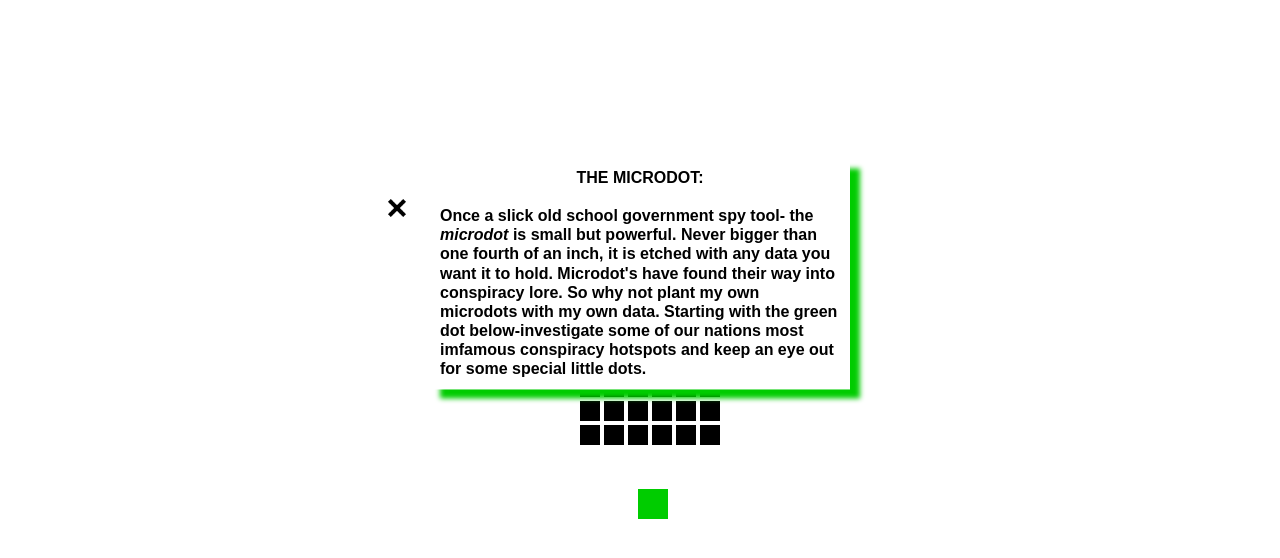
Repository: bradk647/bradk647.github.io
Page: TypeWeb/Home/typeface.html
The author's editor kept a record of every edit. The page is drawn from the files as they stood at one moment, then again after the next edit.
The browser window is 1280 px wide. The pictures show the whole page.
Some web fonts or font styles are not loaded; a fallback is used.

Above is the page before.

After the next edit:
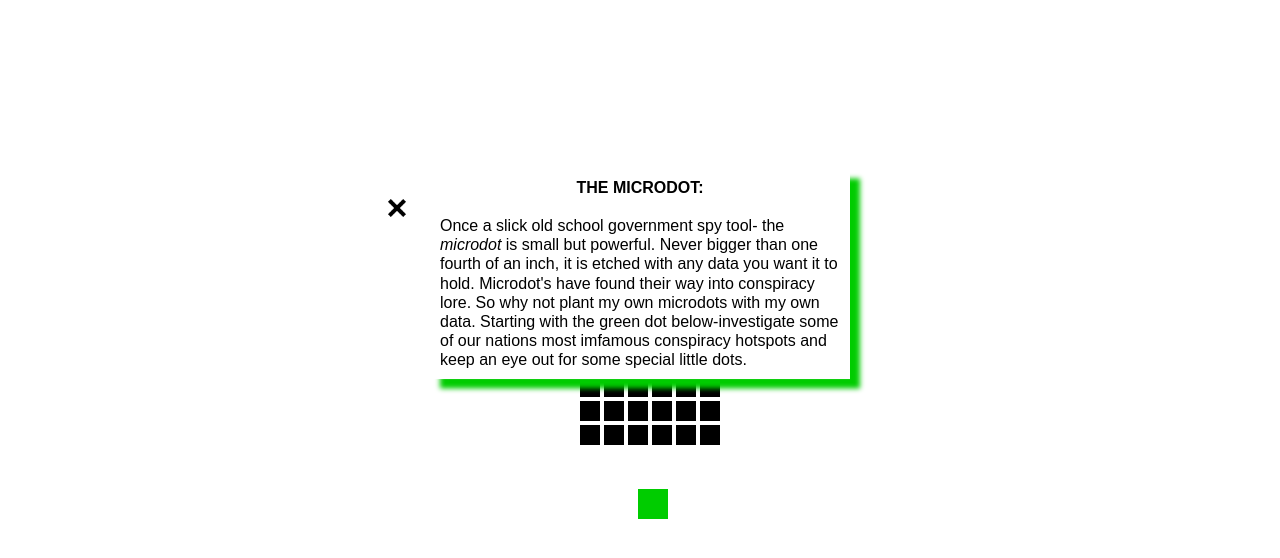
The edit:
--- a/TypeWeb/Home/typeface.html
+++ b/TypeWeb/Home/typeface.html
@@ -201,7 +201,7 @@
 </div>
 
 <a href="homepage.html"><img src="x.2.png" id="x" style="width:20px"></a>
-    <div class="infobox"><strong><center>THE MICRODOT:</center><br />
+    <div class="infobox"><strong><center>THE MICRODOT:</center></strong><br />
     Once a slick old school government spy tool- the <em>microdot</em> is small but
     powerful. Never bigger than one fourth of an inch, it is etched with any data
     you want it to hold. Microdot's have found their way into conspiracy lore.
